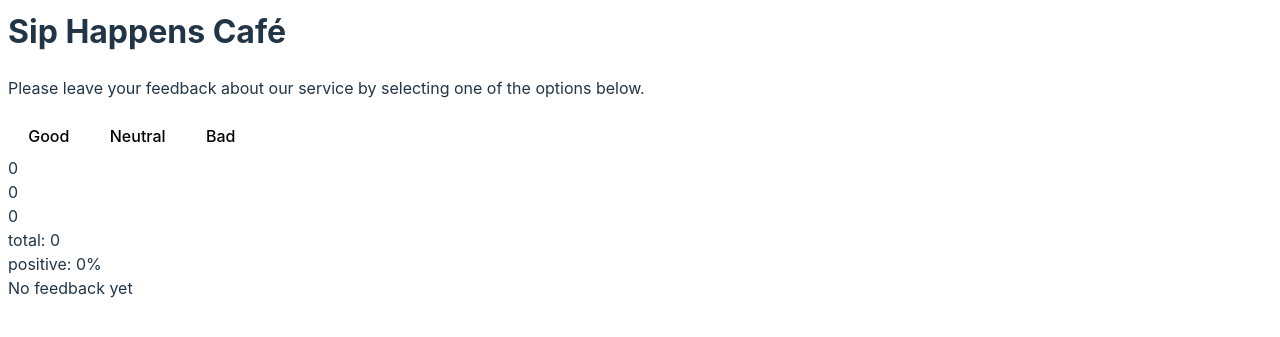
Repository: Evgeniya-Tishakova/goit-react-hw-02
Page: /
An editor plug-in stored every save of this project. The page is shown before and after the next save, followed by the edit.
The browser window is 1280 px wide. The pictures show the whole page.
The project was rebuilt for these pictures with package versions that can differ from the ones it lists, and the page was loaded fresh each time. Also part of the build but not shown: vite.config.js, src/components/Feedback/Feedback.module.css, src/components/Options/Options.module.css.

Above is the page before, as saved 2025-02-27 23:08:08.

### src/index.css
body {
  font-family: Inter, sans-serif;
  line-height: 1.5;
  font-weight: 400;
}

h1,
h2,
p {
  margin: 0;
}

ul,
ol {
  margin: 0;
  padding: 0;
}

img {
  display: block;
  max-width: 100%;
}

button {
  border-radius: 8px;
  border: 1px solid transparent;
  padding: 0.6em 1.2em;
  font-size: 1em;
  font-weight: 500;
  font-family: inherit;
  background-color: #fff;
  cursor: pointer;
  transition: border-color 0.25s;
}

button:hover {
  border-color: #646cff;
}

button:focus,
button:focus-visible {
  outline: 4px auto -webkit-focus-ring-color;
}

@media (prefers-color-scheme: light) {
  :root {
    color: #213547;
    background-color: #ffffff;
  }

  a:hover {
    color: #747bff;
  }

  button {
    /* background-color: #f9f9f9; */
  }
}

### src/components/App/App.jsx
import Feedback from "../Feedback/Feedback.jsx";
import Options from "../Options/Options.jsx";
import Description from "../Description/Description.jsx";
import { useEffect, useState } from "react";
import Notification from "../Notification/Notification.jsx";

export default function App() {
  const [rewiewType, setRewiewType] = useState({
    good: 0,
    neutral: 0,
    bad: 0,
  });

  let totalFeedback = 0;

  useEffect(() => {
    totalFeedback = rewiewType.bad + rewiewType.neutral + rewiewType.good;
  }, [rewiewType]);

  const updateFeedback = (key) => {
    setRewiewType({
      ...rewiewType,
      [key]: rewiewType[key] + 1,
    });
  };

  const reset = () => {
    setRewiewType({
      good: 0,
      neutral: 0,
      bad: 0,
    });
  };
  return (
    <>
      <Description />
      <Options
        updateFeedback={updateFeedback}
        reset={reset}
        isShown={totalFeedback > 0}
      />
      <Feedback rewiewType={rewiewType} totalFeedback={totalFeedback} />
      {totalFeedback <= 0 && <Notification />}
    </>
  );
}

### src/components/Feedback/Feedback.jsx
import css from "./Feedback.module.css";

export default function Feedback({
  rewiewType: { good, neutral, bad },
  totalFeedback,
}) {
  return (
    <div>
      <p className={css.descr}>{good}</p>
      <p className={css.descr}>{neutral}</p>
      <p className={css.descr}>{bad}</p>
      <p className={css.descr}>total: {totalFeedback}</p>
      <p className={css.descr}>
        positive:{" "}
        {((good + neutral) / (totalFeedback ? totalFeedback : 1)) * 100}%
      </p>
    </div>
  );
}

### src/components/Options/Options.jsx
import css from "./Options.module.css";

export default function Options({ updateFeedback, reset, isShown }) {
  return (
    <div>
      <ul className={css.list}></ul>
      {}
      <button className={css.button} onClick={() => updateFeedback("good")}>
        Good
      </button>
      <button className={css.button} onClick={() => updateFeedback("neutral")}>
        Neutral
      </button>
      <button className={css.button} onClick={() => updateFeedback("bad")}>
        Bad
      </button>
      {isShown && (
        <button className={css.button} onClick={() => reset()}>
          Reset
        </button>
      )}
      {}
    </div>
  );
}

### src/components/Description/Description.jsx
import css from "./Description.module.css";

export default function Description() {
  return (
    <div>
      <h1 className={css.title}>Sip Happens Café</h1>
      <p className={css.descr}>
        Please leave your feedback about our service by selecting one of the
        options below.
      </p>
    </div>
  );
}

### src/components/Notification/Notification.jsx
export default function Notification() {
  return (
    <div>
      <p>No feedback yet</p>
    </div>
  );
}

### src/components/Description/Description.module.css
.title {
    margin-bottom: 20px;
}

.descr {
    margin-bottom: 15px;
}

Loaded but not shown: index.html (common file); src/main.jsx (common file)

After the next save:
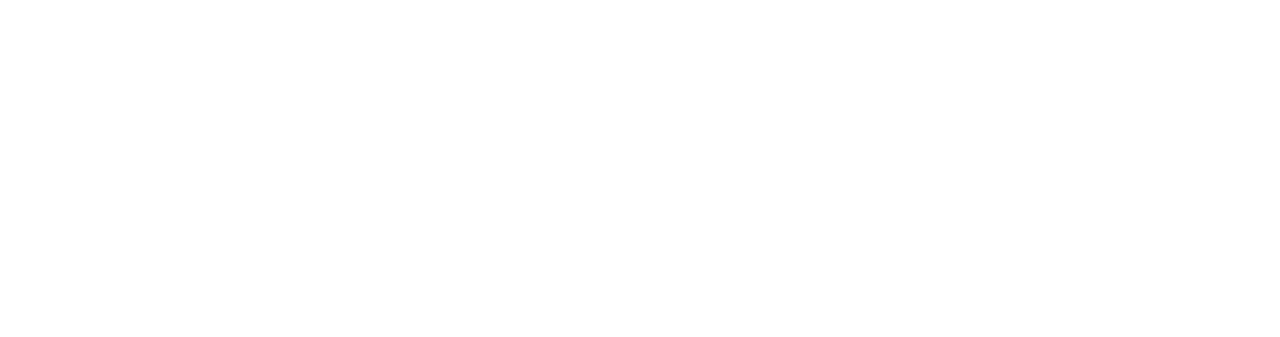
Console error: ReferenceError: effect is not defined
Saved 76 s later.
--- a/src/components/App/App.jsx
+++ b/src/components/App/App.jsx
@@ -14,6 +14,7 @@
   let totalFeedback = 0;
 
   useEffect(() => {
+    console.log(effect);
     totalFeedback = rewiewType.bad + rewiewType.neutral + rewiewType.good;
   }, [rewiewType]);
 

After the save that followed:
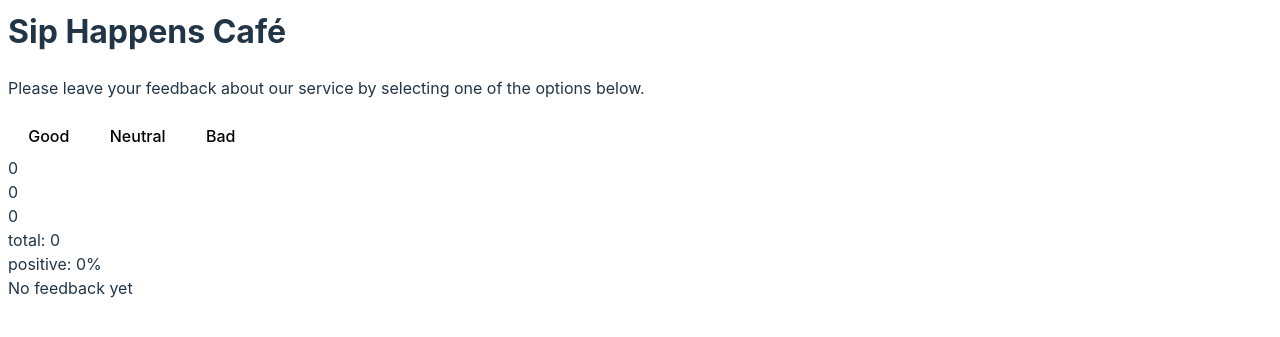
The error is gone.
Saved 9 s later.
--- a/src/components/App/App.jsx
+++ b/src/components/App/App.jsx
@@ -14,7 +14,7 @@
   let totalFeedback = 0;
 
   useEffect(() => {
-    console.log(effect);
+    console.log("effect");
     totalFeedback = rewiewType.bad + rewiewType.neutral + rewiewType.good;
   }, [rewiewType]);
 
